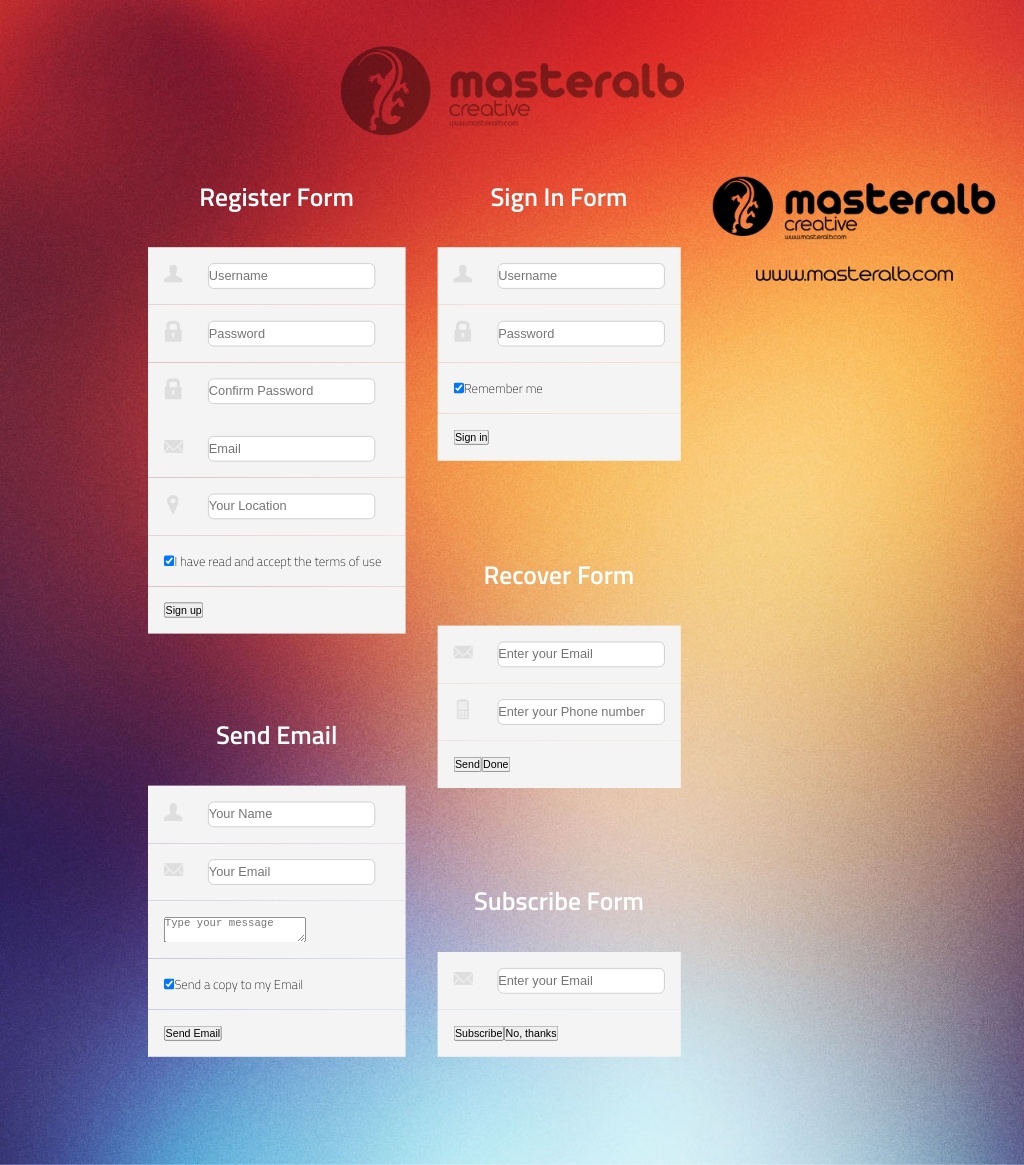
Repository: achwesiuk/PSD-Masteralb
Page: index.html
The author's editor kept a copy of each file at every save. The page is drawn from the files as they stood at one save, then again after the next save.
The browser window is 1280 px wide. The pictures show the whole page, at 80% of full size.
Backgrounds fixed to the window are drawn as part of the page. The style sheet was rebuilt from its Sass, Less or Tailwind sources for each picture, by a compiler version that may differ from the author's.

Above is the page before, as saved 2021-03-12 19:26:18.

After the next save:
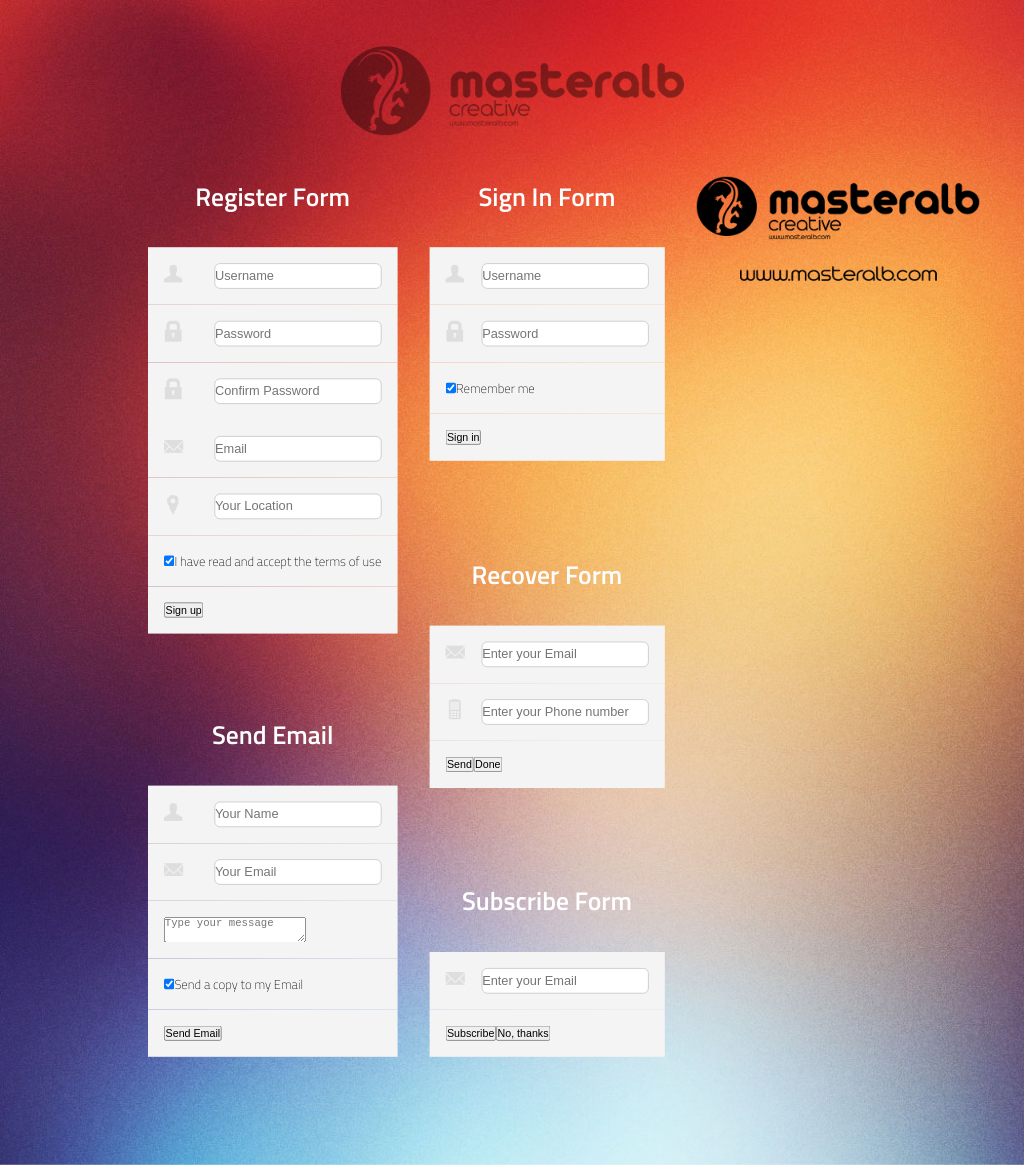
Saved 2 min 28 s later.
--- a/sass/main.scss
+++ b/sass/main.scss
@@ -84,7 +84,7 @@
     }
 
     &__desc {
-        margin-right: 1rem;
+        margin-right: auto;
     }
 
     &__img {
